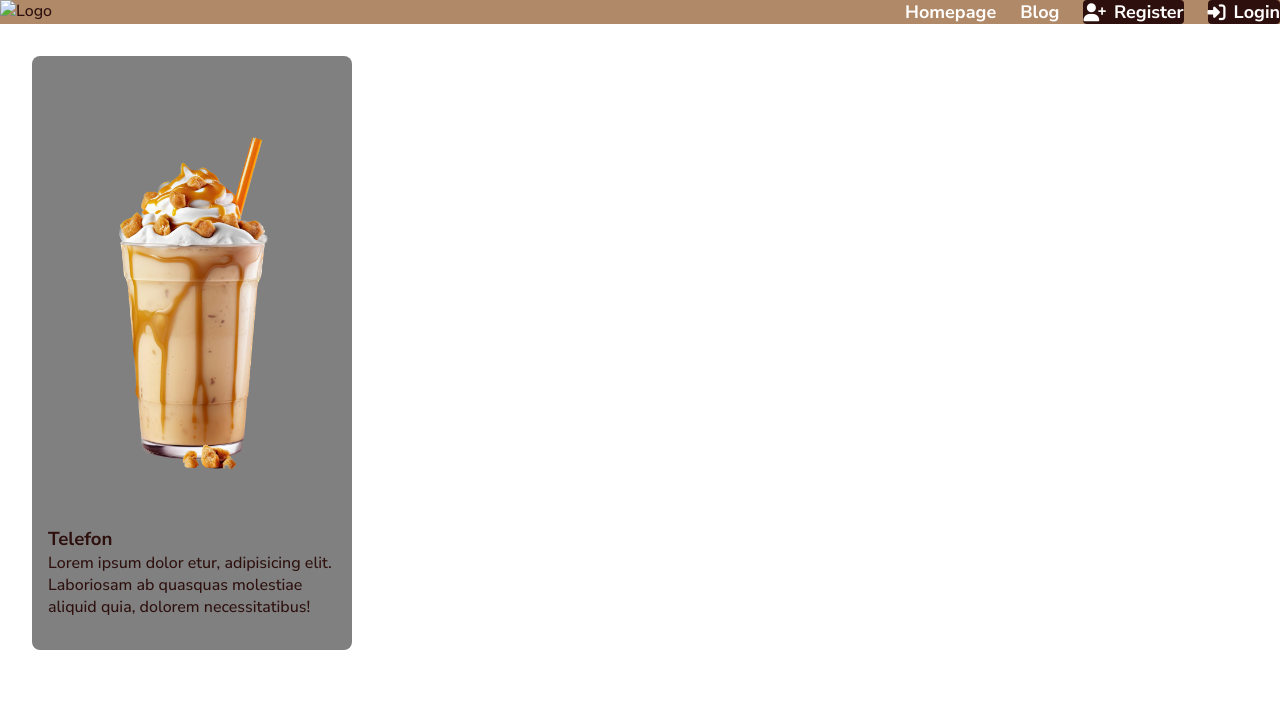
Repository: liviamucioniu/Coffee-Shop-Website
Page: index.html
These files come from the project's save history. The page is drawn as it stood at one moment and after the next save; the edit follows.
The browser window is 1280 px wide. The pictures show the whole page.

Above is the page before, as saved 2023-10-20 17:29:00.

### index.html
<!DOCTYPE html>
<html lang="en">
    <head>
        <meta charset="UTF-8" />
        <meta name="viewport" content="width=device-width, initial-scale=1.0" />
        <title>Magazin online</title>
        <link rel="stylesheet" href="styles.css" />
        <script defer src="script.js"></script>
        <link rel="preconnect" href="https://fonts.googleapis.com" />
        <link rel="preconnect" href="https://fonts.gstatic.com" crossorigin />
        <link
            href="https://fonts.googleapis.com/css2?family=Montserrat:ital,wght@0,200;0,400;0,500;1,100;1,200;1,300;1,400;1,500&family=Nunito+Sans:ital,opsz,wght@0,6..12,200;0,6..12,300;0,6..12,500;0,6..12,600;0,6..12,700;0,6..12,900;0,6..12,1000;1,6..12,200;1,6..12,300;1,6..12,400;1,6..12,500;1,6..12,600;1,6..12,900;1,6..12,1000&family=Open+Sans:ital,wght@1,300&family=Poppins:ital,wght@0,400;1,300;1,500&display=swap"
            rel="stylesheet"
        />
        <link
            rel="stylesheet"
            href="https://cdnjs.cloudflare.com/ajax/libs/font-awesome/6.4.2/css/all.min.css"
            integrity="sha512-z3gLpd7yknf1YoNbCzqRKc4qyor8gaKU1qmn+CShxbuBusANI9QpRohGBreCFkKxLhei6S9CQXFEbbKuqLg0DA=="
            crossorigin="anonymous"
            referrerpolicy="no-referrer"
        />
    </head>
    <body>
        <header id="header">
            <img class="logo" src="" alt="Logo" />
            <nav class="navigation">
                <a class="link" href="#">Homepage</a>
                <a class="link" href="#">Blog</a>
                <a class="link button" href="#">
                    <i class="fa-solid fa-user-plus"></i> Register</a
                >
                <a class="link button" href="#">
                    <i class="fa-solid fa-right-to-bracket"></i> Login</a
                >
            </nav>
        </header>
        <section id="product-list">
            <div class="product-card">
                <img
                    class="product-image"
                    src="./assets/images/frappe.png"
                    alt="Frappe"
                />
                <h3 class="product-name">Telefon</h3>
                <p class="product-description">
                    Lorem ipsum dolor etur, adipisicing elit. Laboriosam ab
                    quasquas molestiae aliquid quia, dolorem necessitatibus!
                </p>
            </div>
        </section>
    </body>
</html>

### styles.css
:root {
    --coffee-color-1: #ede0d4;
    --coffee-color-2: #e6ccb2;
    --coffee-color-3: #ddb892;
    --coffee-color-4: #b08968;
    --coffee-color-5: #7f5539;
    --coffee-color-6: #9c6644;
    --color-light: #fffefd;
    --color-dark: #2d100e;
}

html {
    font-size: 16px;
}

*,
*::before,
*::after {
    margin: 0;
    padding: 0;
}

body {
    color: var(--color-dark);
    font-family: "Nunito Sans", sans-serif;
}

@media screen and (max-width: 560px) {
    html {
        font-size: 12px;
    }
}

#header {
    padding: 2rem 1 rem;
    background-color: var(--coffee-color-4);
    display: flex;
    justify-content: space-between;
}

#header .navigation {
    display: flex;
    align-items: center;
    gap: 1.5rem;
}

#header .navigation .link {
    font-size: 1.125rem;
    text-decoration: none;
    color: var(--color-light);
    font-weight: 700;
}

#header .navigation .link.button {
    display: flex;
    align-items: center;
    gap: 0.5rem;
    padding: 1 1.5rem;
    background-color: var(--color-dark);
    border-radius: 0.25rem;
}

#header .navigation .link:hover {
    color: var(--color-dark);
}

#product-list {
    display: flex;
    gap: 1.5rem;
    padding: 2rem;
    flex-wrap: wrap;
}

.product-card {
    border-radius: 0.5rem;
    max-width: 18rem;
    background-color: gray;
    padding: 2rem 1rem;
}

.product-image {
    max-width: 100%;
}

### script.js
// const title = document.getElementById("title");
// console.log(title);
// title.classList.add("main");

After the next save:
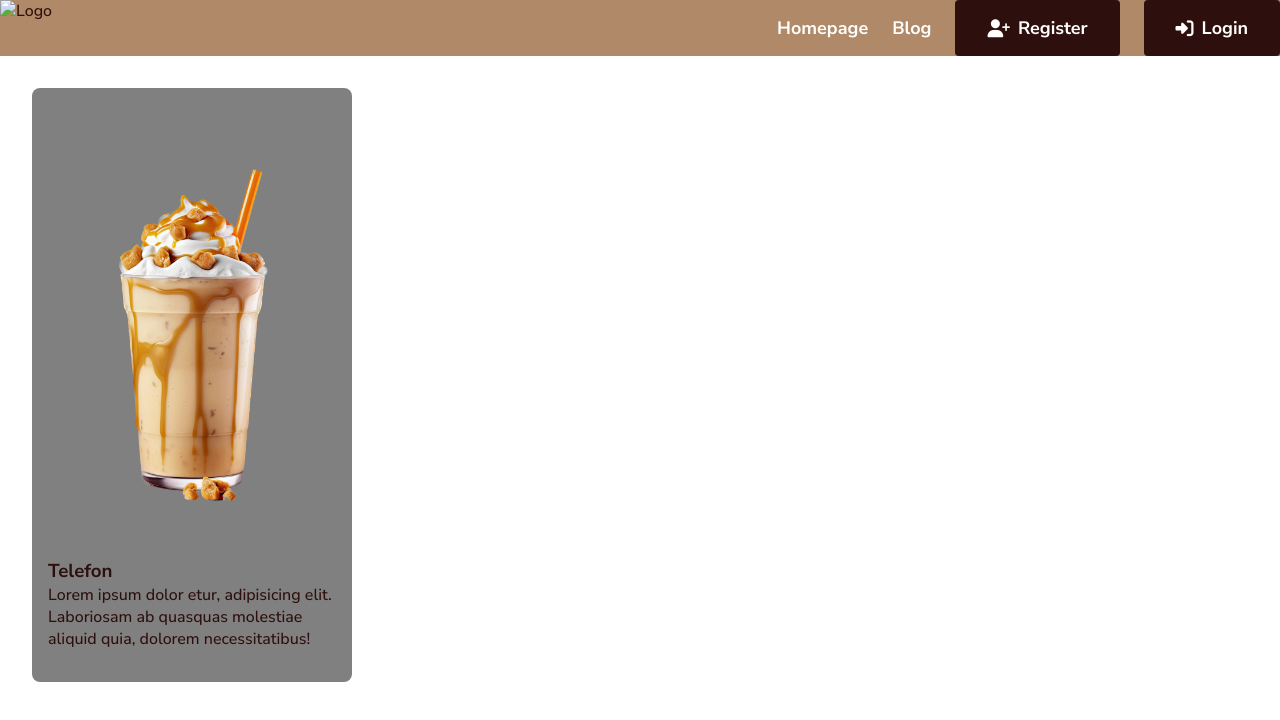
Saved 15 s later.
--- a/styles.css
+++ b/styles.css
@@ -55,7 +55,7 @@ body {
     display: flex;
     align-items: center;
     gap: 0.5rem;
-    padding: 1 1.5rem;
+    padding: 1rem 2rem;
     background-color: var(--color-dark);
     border-radius: 0.25rem;
 }
